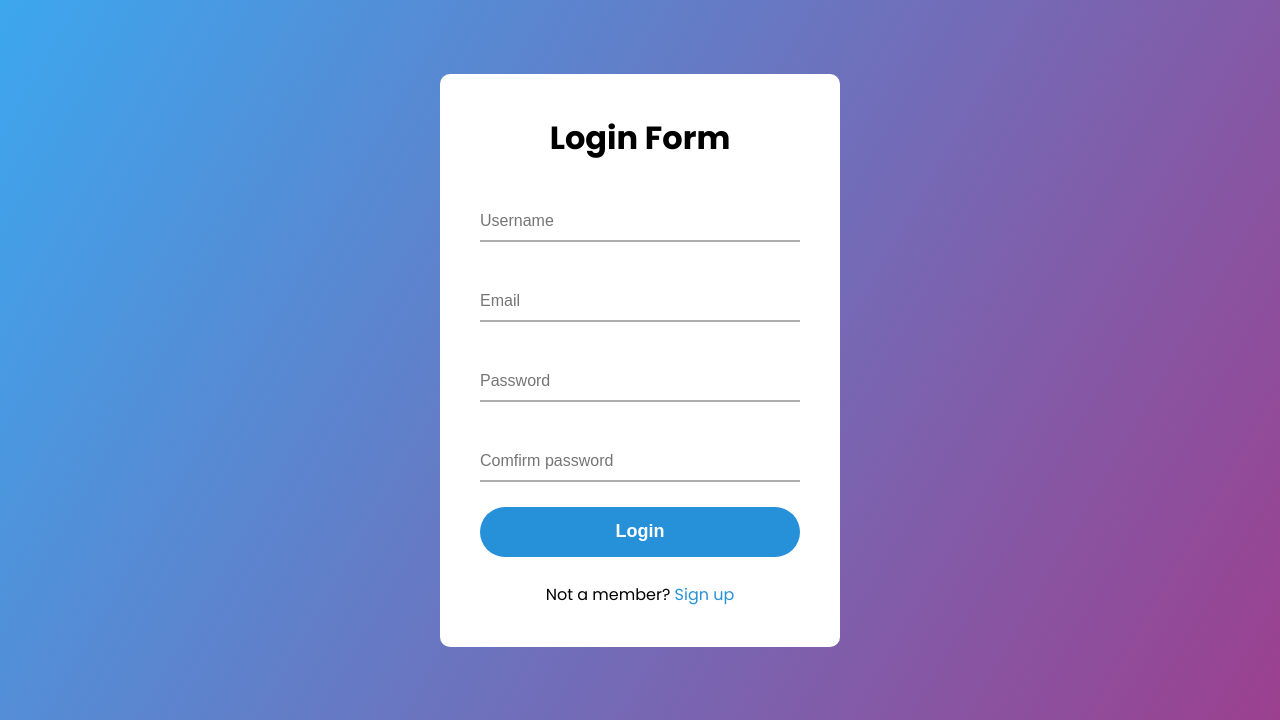
Repository: QUANGTHAI2003/Form-Validation
Page: index.html
An editor plug-in stored every save of this project. The page is shown before and after the next save, followed by the edit.
The browser window is 1280 px wide. The pictures show the whole page.
The pointer rests on the first visible `.btn-submit`.

Above is the page before, as saved 2022-03-13 14:35:18.

After the next save:
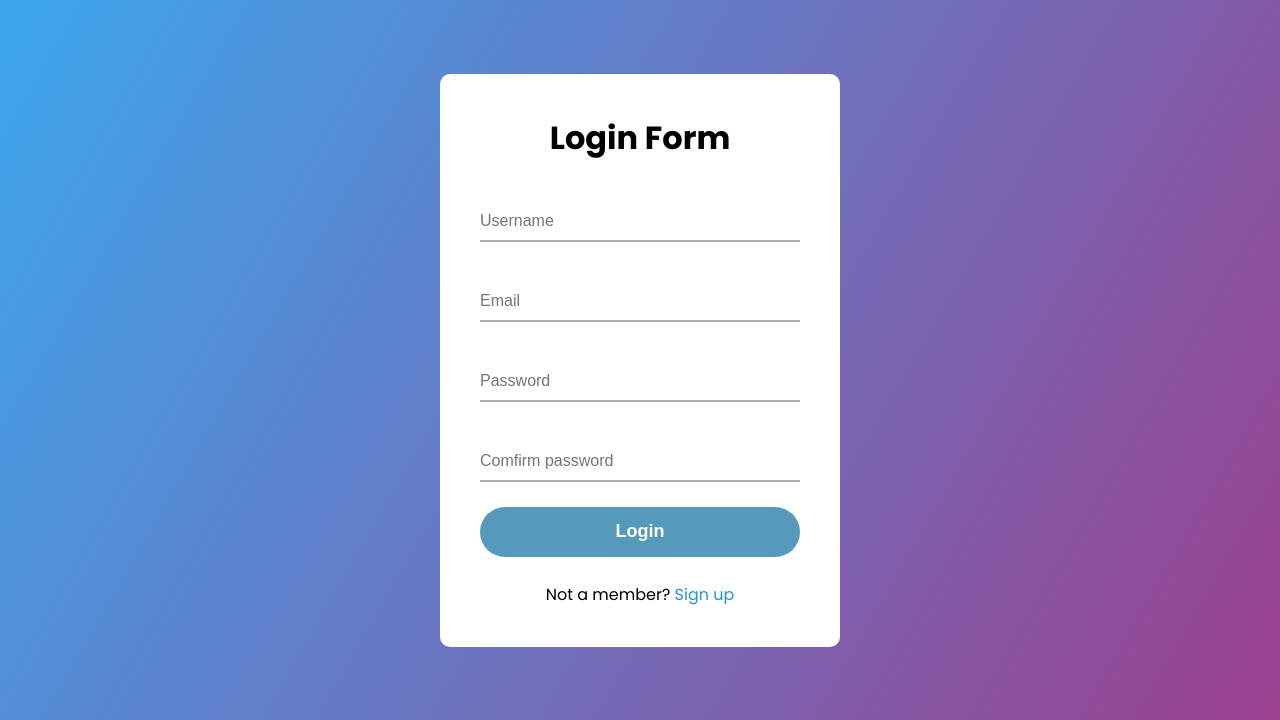
Saved 29 s later.
--- a/style.css
+++ b/style.css
@@ -83,6 +83,10 @@ body {
     margin: 25px 0;
 }
 
+.btn-submit:hover {
+    background: #069a;
+}
+
 .signup-link {
     text-align: center;
 }
